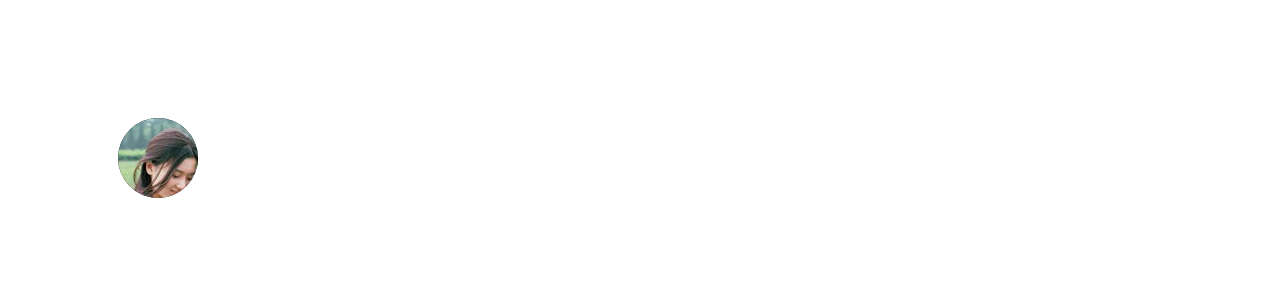
Repository: BlueLionycb/study-demo
Page: canvas-demo/src/index16.html
These files come from the project's save history. The page is drawn as it stood at one moment and after a run of saves; the edit follows.
The browser window is 1280 px wide. The pictures show the whole page.

Above is the page before, as saved 2020-01-26 23:28:56.

### canvas-demo/src/index16.html
<!DOCTYPE html>
<html lang="en">
    <head>
        <meta charset="UTF-8">
        <meta name="viewport" content="width=device-width, initial-scale=1.0">
        <meta http-equiv="X-UA-Compatible" content="ie=edge">
        <title>头像切圆</title>
    </head>
    <body>
        <canvas id="myCanvas" height="600" width="600">

        </canvas>

        <script>
        function draw(){
            let canvas=document.getElementById("myCanvas") //画布
            let ctx=canvas.getContext("2d"); //上下文，画笔

            let img= new Image()
            img.src = './img/touxiang.png'

            img.onload = function(){
                ctx.beginPath();
                ctx.arc(150,150,40,0,Math.PI*2)
                ctx.fill()
                ctx.clip()
                ctx.drawImage(this,70,100)
            }
        }

        draw();

    </script>
    </body>
</html>

After the next 2 saves:
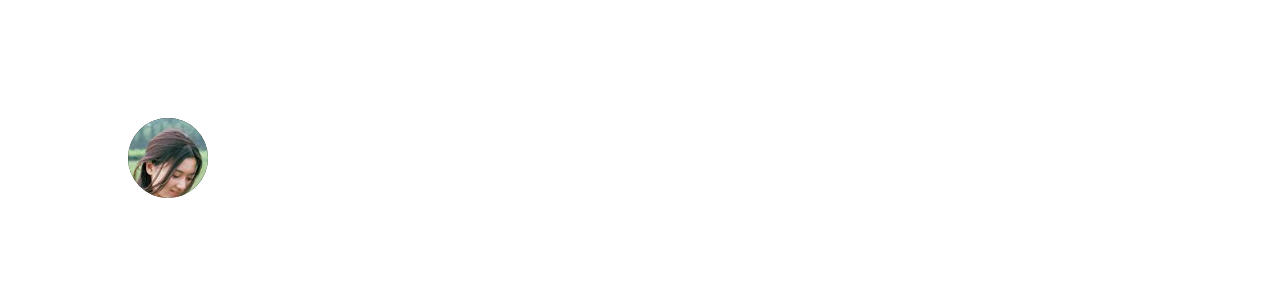
The 2 saves are shown as one change because they came seconds apart.
The last was saved 14 s later.
--- a/canvas-demo/src/index16.html
+++ b/canvas-demo/src/index16.html
@@ -21,7 +21,7 @@
 
             img.onload = function(){
                 ctx.beginPath();
-                ctx.arc(150,150,40,0,Math.PI*2)
+                ctx.arc(160,150,40,0,Math.PI*2)
                 ctx.fill()
                 ctx.clip()
                 ctx.drawImage(this,70,100)
